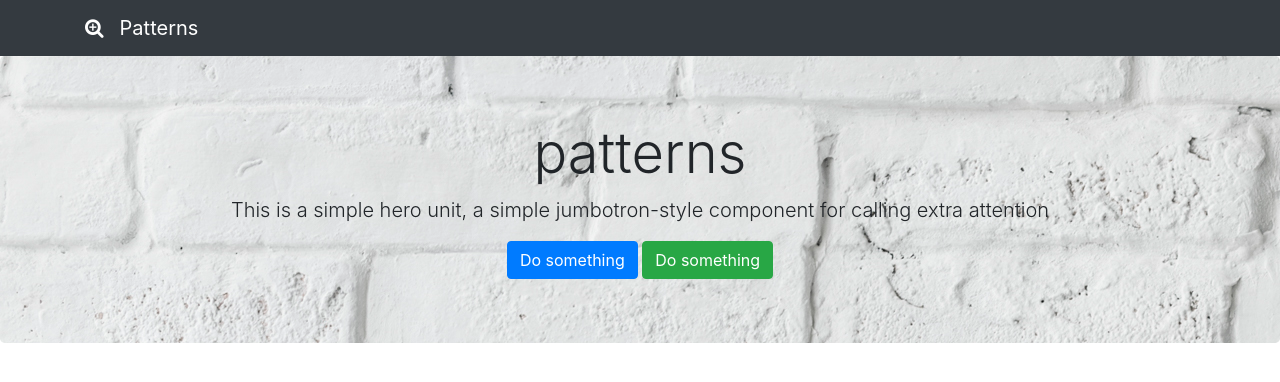
Repository: Mietlicha/patterns
Page: index.html
The author's editor kept a copy of each file at every save. The page is drawn from the files as they stood at one save, then again after the next save.
The browser window is 1280 px wide. The pictures show the whole page.

Above is the page before, as saved 2019-10-24 11:19:52.

After the next save:
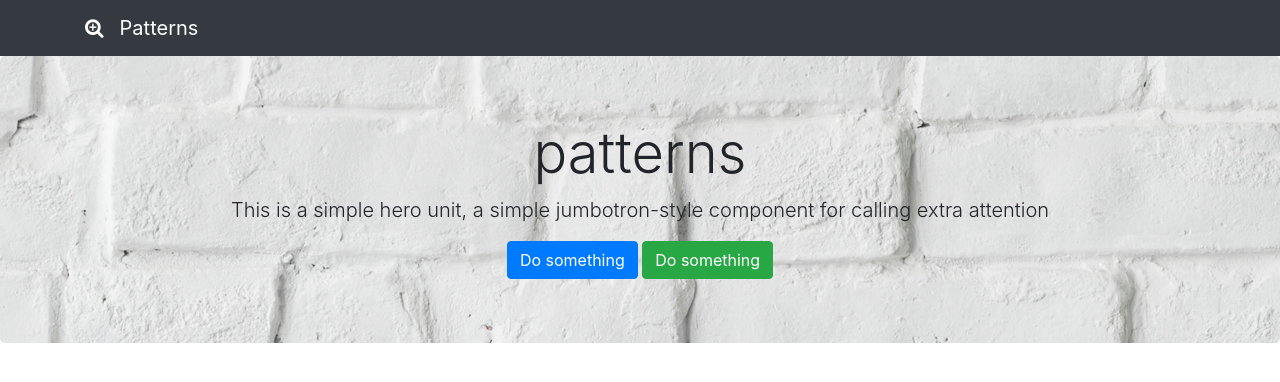
Saved 22 s later.
--- a/style.css
+++ b/style.css
@@ -1,3 +1,3 @@
 #header{
-    background: url(imgs/header.jpeg);
+    background: url(imgs/header.jpeg) no-repeat center;
 }
